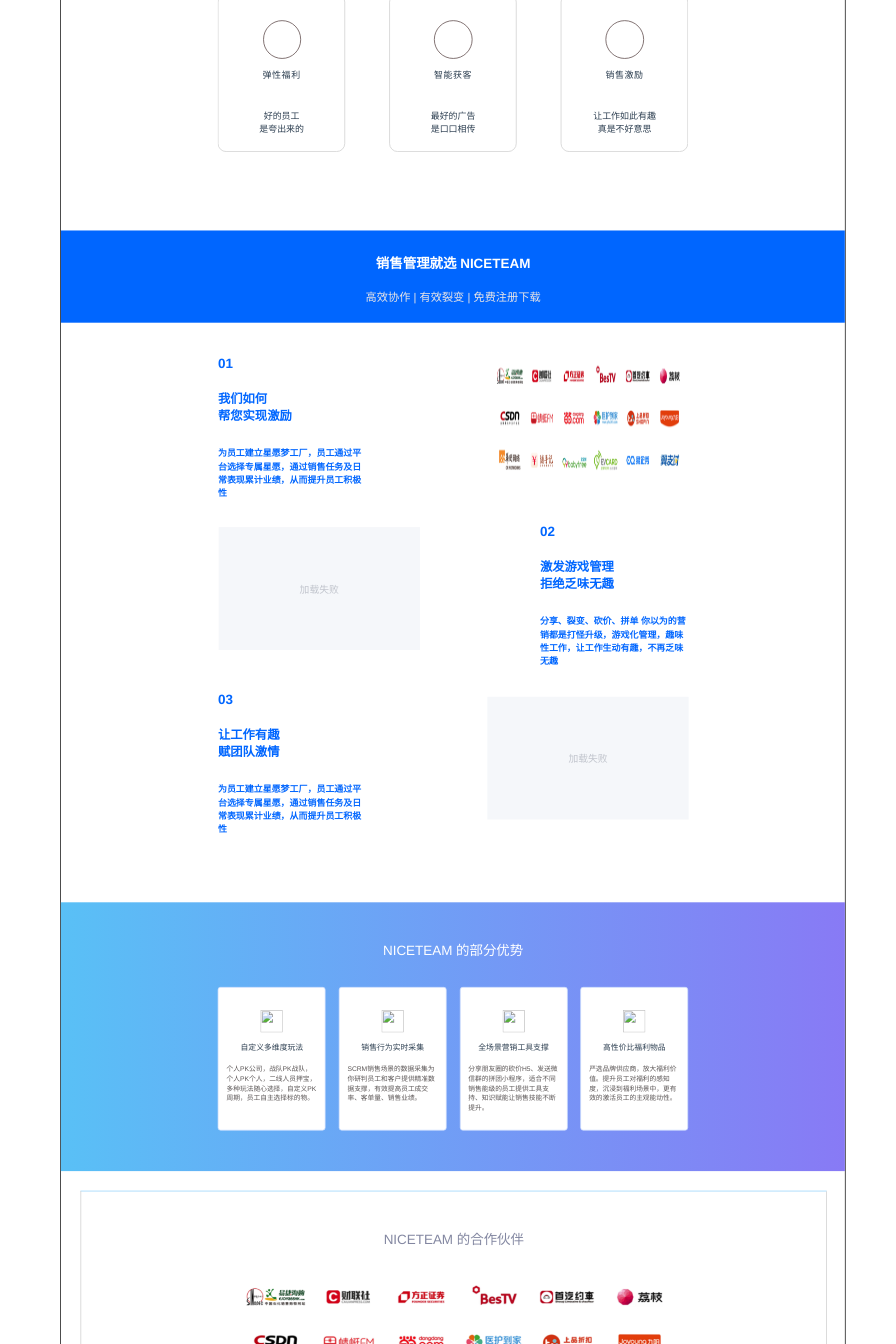
Repository: Alex-2020-0211/xrkj-guanwang
Page: / (app in src/)
These files come from the project's save history. The page is drawn as it stood at one moment and after the next save; the edit follows.
The browser window is 1280 px wide. The pictures show the part of the page from y = 560 to 2480 px (the page is 3028 px tall), at 70% of full size.
The project was rebuilt for these pictures with package versions that can differ from the ones it lists, and the page was loaded fresh each time. Imported but missing from the stored project, and not drawn on this page: src/src/views/About.vue.

Above is the page before, as saved 2021-01-04 13:59:36.

After the next save:
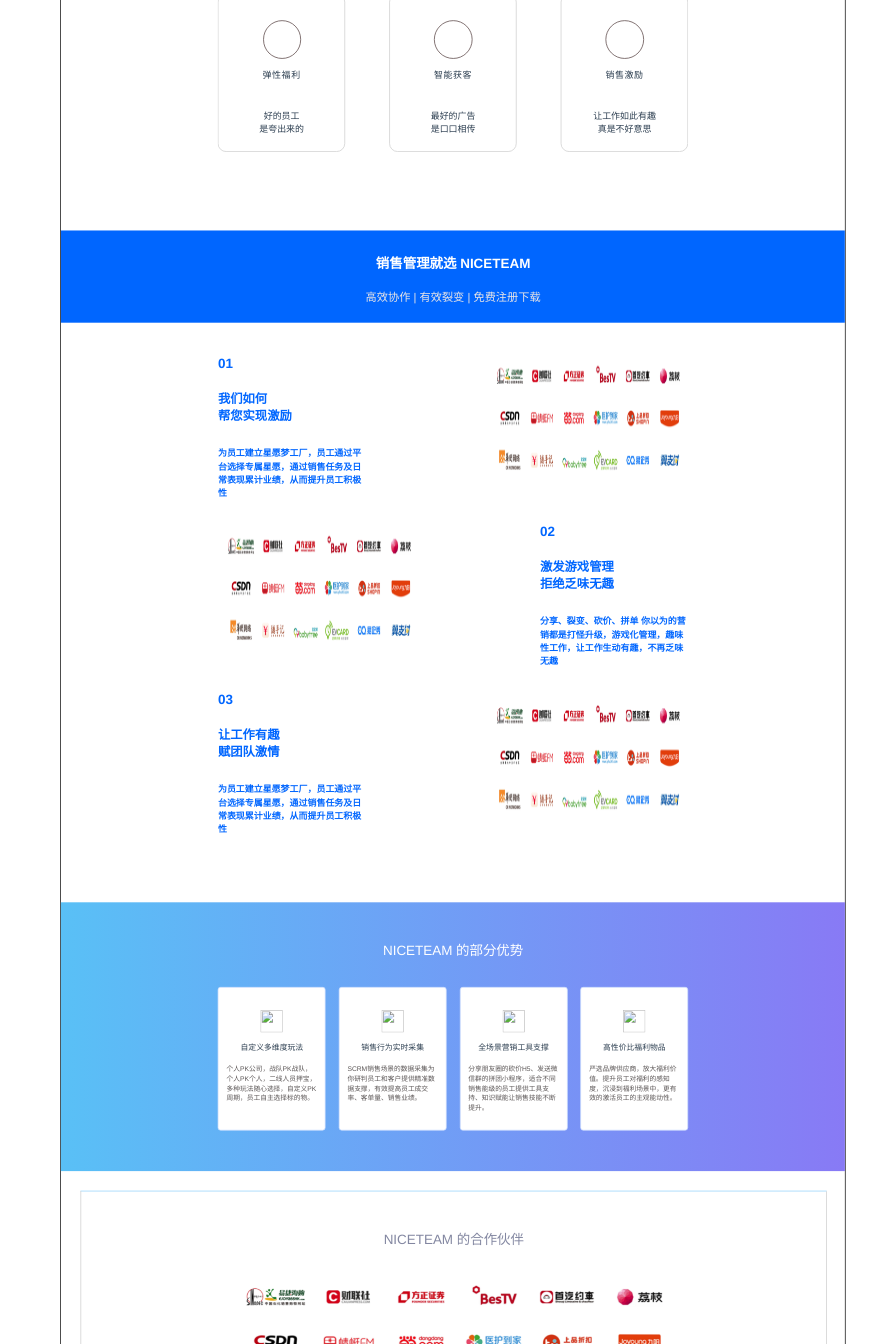
Saved 60 s later.
--- a/src/src/views/Home.vue
+++ b/src/src/views/Home.vue
@@ -65,7 +65,7 @@
             你以为的营销都是打怪升级，游戏化管理，趣味性工作，让工作生动有趣，不再乏味无趣
           </p>
         </div>
-        <el-image class="img" src="" alt="" style="top: 16.41rem; right: 8.5rem;" lazy></el-image>
+        <el-image class="img" :src="url" alt="" style="top: 16.41rem; right: 8.5rem;" lazy></el-image>
         <div class="means">
           <span class="sort">03</span>
           <p>让工作有趣</p>
@@ -74,7 +74,7 @@
             为员工建立星愿梦工厂，员工通过平台选择专属星愿，通过销售任务及日常表现累计业绩，从而提升员工积极性
           </p>
         </div>
-        <el-image class="img" src="" alt="" style="top: 19.44rem;" lazy></el-image>
+        <el-image class="img" :src="url" alt="" style="top: 19.44rem;" lazy></el-image>
       </div>
       <!-- 优势 -->
       <div class="advantage">
